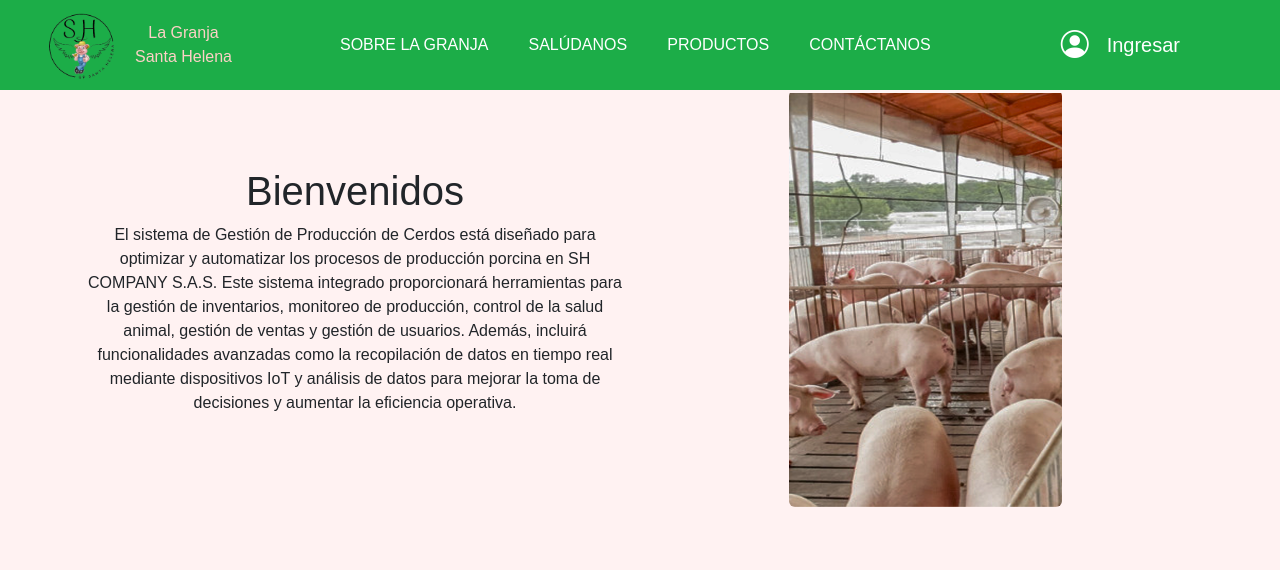
Repository: Mateojimenezz/Granja-Santa-Helena
Page: paginaDeInicio.html
An editor plug-in stored every save of this project. The page is shown before and after the next save, followed by the edit.
The browser window is 1280 px wide. The pictures show the whole page.
Some web fonts or font styles are not loaded; a fallback is used.

Above is the page before, as saved 2025-03-29 17:28:15.

### paginaDeInicio.html
<!DOCTYPE html>
<html lang="es">
<head>
    <meta charset="UTF-8">
    <meta name="viewport" content="width=device-width, initial-scale=1.0">
    <title>La Granja</title>
    <link href="https://cdn.jsdelivr.net/npm/bootstrap@5.3.3/dist/css/bootstrap.min.css" rel="stylesheet" integrity="sha384-QWTKZyjpPEjISv5WaRU9OFeRpok6YctnYmDr5pNlyT2bRjXh0JMhjY6hW+ALEwIH" crossorigin="anonymous">

    <link rel="stylesheet" href="./assets/css/index.css">
    <link rel="stylesheet" href="https://cdn.jsdelivr.net/npm/bootstrap-icons@1.11.3/font/bootstrap-icons.min.css">
    <link href="https://fonts.googleapis.com/css2?family=Calistoga&display=swap" rel="stylesheet">

  </head>
<body>
  <header class="header sticky-top d-flex  align-items-center ">
    <div class="container d-flex  align-items-center justify-content-between ">
      <div class="logo">
        <img  src="./assets/img/logo.png" width="90" alt="Logo">
        <span>La Granja <br> Santa Helena</span>
      </div>
      <nav class="navbar navbar-expand-lg ">
        <button class="navbar-toggler toggler-focus text-white" type="button" data-bs-toggle="collapse" data-bs-target="#menu" aria-controls="menu" aria-expanded="false" aria-label="Toggle navigation">
          <span class="navbar-toggler-icon"></span>
        </button>
        <div class="collapse navbar-collapse" id="menu">
          <ul class="navbar-nav ms-auto    gap-md-2 gap-lg-4">
            <li class="nav-item"><a class="nav-link" href="#">SOBRE LA GRANJA</a></li>
            <li class="nav-item"><a class="nav-link" href="#">SALÚDANOS</a></li>
            <li class="nav-item"><a class="nav-link" href="#">PRODUCTOS</a></li>
            <li class="nav-item"><a class="nav-link" href="#">CONTÁCTANOS</a></li>
          </ul>
          <a href="login.html" class="ingresar1 d-sm-flex d-lg-none text-decoration-none text-dark">
            <i class="bi bi-person-circle fs-3 me-2"></i> <h5 class="pt-2">Ingresar</h5>
          </a>
        </div>

        </div>

      </nav>
      <a href="login.html" class="ingresar d-md-none d-lg-flex text-decoration-none text-dark">
        <i class="bi bi-person-circle fs-3 me-2"></i> <h5 class="pt-2">Ingresar</h5>
      </a>
    </div>
  </header>
  <main class="container">
    <!-- Sección 1 -->
    <section class="row seccion-1">
      <!-- Texto -->
      <article class="d-flex flex-column align-items-center justify-content-center col-12 col-lg-6 text-center">
        <h1>Bienvenidos</h1>
        <p>
          El sistema de Gestión de Producción de Cerdos está diseñado para optimizar y automatizar
          los procesos de producción porcina en SH COMPANY S.A.S. Este sistema integrado proporcionará herramientas
          para la gestión de inventarios, monitoreo de producción, control de la salud animal, gestión de ventas y gestión de usuarios.
          Además, incluirá funcionalidades avanzadas como la recopilación de datos en tiempo real mediante dispositivos IoT y análisis de datos
          para mejorar la toma de decisiones y aumentar la eficiencia operativa.
        </p>
      </article>

      <!-- Imagen -->
      <article class="col-12 col-lg-6 d-flex justify-content-center align-items-center mt">
        <img
          src="assets/img/Upload-5a8315b810a15-13022018 1.png"  width="50%" height="50%"
          class="img-fluid rounded"
          alt="Fotografía de la granja"
        />
      </article>
    </section>
  </main>










  <!-- bootstrap JS -->
  <script src="https://cdn.jsdelivr.net/npm/bootstrap@5.3.3/dist/js/bootstrap.bundle.min.js" integrity="sha384-YvpcrYf0tY3lHB60NNkmXc5s9fDVZLESaAA55NDzOxhy9GkcIdslK1eN7N6jIeHz" crossorigin="anonymous"></script>
  <script src="./assets/js/menu.js"></script>
</body>

</html>

### assets/css/index.css
@import "./variables.css";

/* === General === */
body {
  margin: 0;
  font-family: var(--font-principal);
  background-color: var(--color-FondoDiv2);
}

/* === Header === */
.header {
  background-color: var(--color-principal);
  color: var(--color-texto);
  font-size: 1rem;
}

.logo {
  display: flex;
  align-items: center;
  gap: 0.5rem;
  color: #FCD1C6;
  text-align: center;
  margin-left: 25px;
}

/* === Botón Ingresar === */
.ingresar,
.ingresar1 {
  color: white !important;
  cursor: pointer;
  display: flex;
  align-items: center;
  gap: 10px;
}

.ingresar {
  margin-left: 110px;
  margin-right: 100px;
}

.ingresar h5:hover,
.ingresar1 h5:hover {
  color: var(--color-fondoDiv);
}

/* === Navbar === */
.navar-nav {
  justify-content: center;
}

.nav-link {
  position: relative;
  color: white;
  text-decoration: none;
  padding: 0.5rem;
  transition: color 0.3s ease-in-out;
}
.nav-link:active{
  color: red;
}

.nav-link::after {
  content: '';
  position: absolute;
  left: 15px;
  bottom: 0;
  width: 0;
  height: 2px;
  background-color: var(--color-FondoDiv2);
  transition: width 0.3s ease-in-out;
}

.nav-link:hover {
  color: var(--color-fondoDiv);
}

.nav-link:hover::after {
  width: 75%;
}

/* === Sección 1 - Imagen Principal === */
.imagen1 {
  width: 100%;
  height: 500px;
  object-fit: cover;
}

.titulo1 {
  position: absolute;
  top: 50%;
  left: 50%;
  transform: translate(-50%, -50%);
  color: white;
  font-size: 4rem;
  font-weight: bold;
  text-shadow: 2px 2px 5px var(--color-principal);
  text-align: center;
}

/* === Sección 3 === */
.seccion-3 {
  background-color: var(--color-fondoDiv);
}

/* === Footer === */
.footer {
  background-color: var(--color-Footter);
  padding-left: 50px;
  padding-bottom: 0px;
  margin-bottom: -50px;
}

.Logofooter {
  max-width: 250px;
  margin-right: 50px;
}

/* === Responsividad === */
@media (max-width: 991px) {

  /* Ajustes en dispositivos pequeños */
  .logo {
    margin-left: -10px;
  }

  .navbar-toggler {
    border: none !important;
  }

  .navbar-toggler:focus,
  .navbar-toggler:active,
  .navbar-toggler:hover {
    outline: none !important;
    box-shadow: 0 0 10px #F8E91C !important;
  }

  /* Ocultar ingresar en pantallas pequeñas y mostrar ingresar1 */
  .ingresar {
    display: none;
  }

  .ingresar1 {
    display: flex;
  }

  .ingresar1 .bi {
    padding-top: 5px;
  }
}

### assets/js/menu.js
document.addEventListener("DOMContentLoaded", function () {
    const menuToggle = document.querySelector(".navbar-toggler");
    const logo = document.querySelector(".logo");
    const menu = document.getElementById("menu");

    menuToggle.addEventListener("click", function () {
      const isMenuOpen = menu.classList.contains("show");

      if (isMenuOpen) {
        // Cuando el menú está abierto, restauramos el logo
        logo.style.display = "flex";
      } else {
        // Cuando el menú está cerrado, ocultamos el logo
        logo.style.display = "none";
      }
    });

    // Detectar cuando el usuario cierra el menú automáticamente
    menu.addEventListener("hidden.bs.collapse", function () {
      logo.style.display = "flex";
    });
  });

### assets/css/variables.css
/* variables.css */
:root {
    --color-principal: #1CAD48 ;
    --color-Botones: rgba(255, 187, 0, 0.47);
    --color-texto: white;
    --color-fondo: #f5f5f5;
    --font-principal: 'calistoga','arial';
    --color-fondoDiv: #F8E91C;
    --color-FondoDiv2:#FFF2F2;
    --color-Footter: #D9D9D9;
    --letra-gris: #B0B0B7;
  }

After the next save:
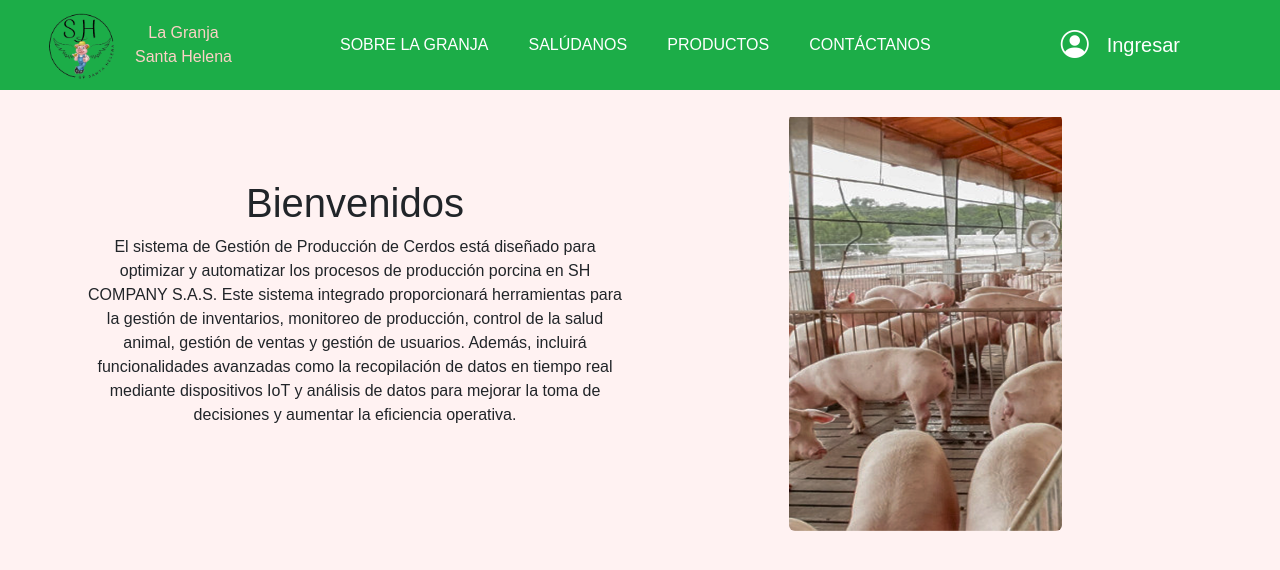
Saved 32 s later.
--- a/paginaDeInicio.html
+++ b/paginaDeInicio.html
@@ -58,7 +58,7 @@
       </article>
 
       <!-- Imagen -->
-      <article class="col-12 col-lg-6 d-flex justify-content-center align-items-center mt">
+      <article class="col-12 col-lg-6 d-flex justify-content-center align-items-center mt-4">
         <img
           src="assets/img/Upload-5a8315b810a15-13022018 1.png"  width="50%" height="50%"
           class="img-fluid rounded"
